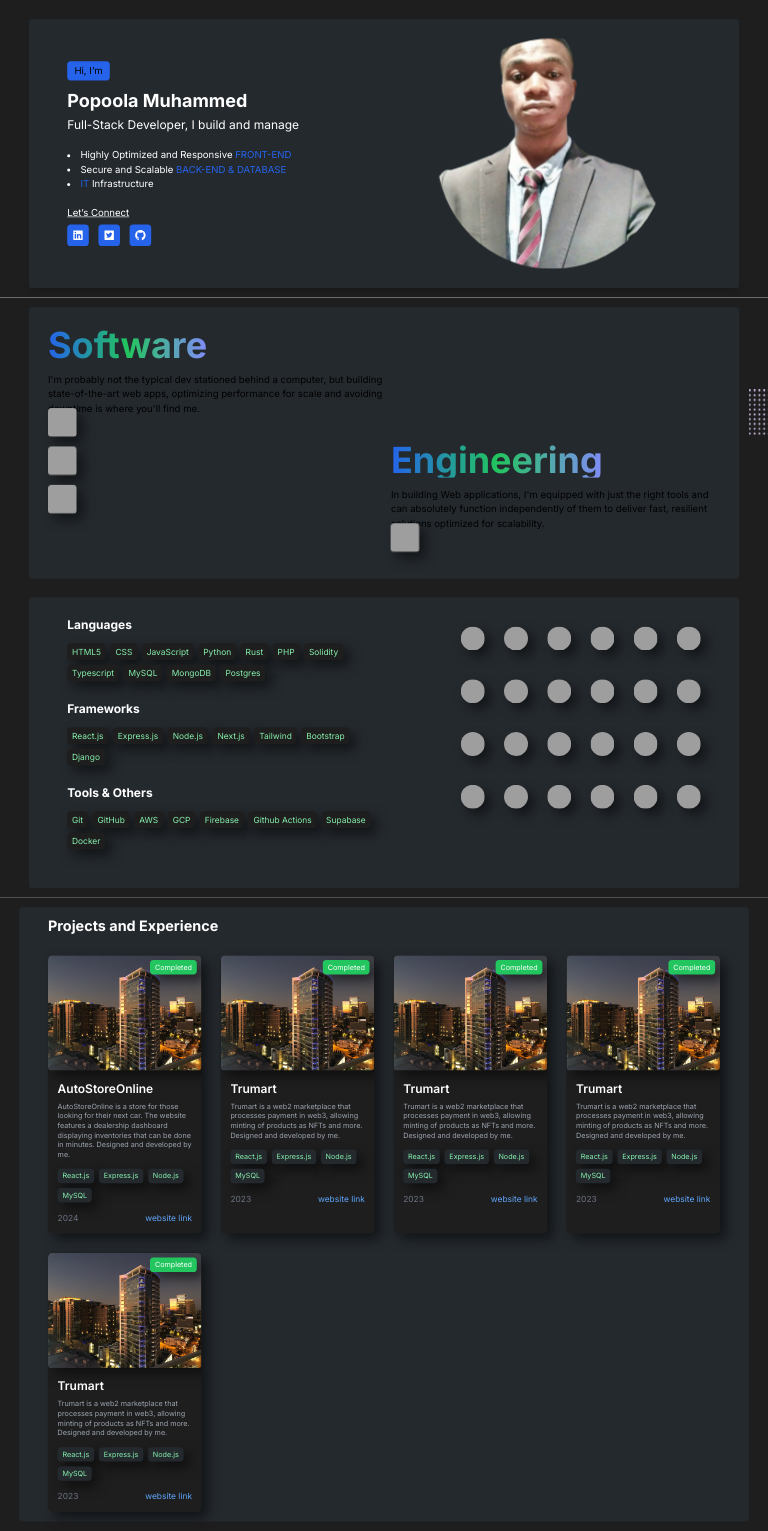
Repository: muhammedctgr/hammedctgr
Page: /
An editor plug-in stored every save of this project. The page is shown before and after a run of saves, followed by the edit.
The browser window is 1280 px wide. The pictures show the whole page, at 60% of full size.
Pictures or frames that could not be fetched are drawn as grey boxes. The project was rebuilt for these pictures with package versions that can differ from the ones it lists, and the page was loaded fresh each time. The framework's server and built-in components were replaced by stand-ins that run in the browser. Also part of the build but not shown: next.config.mjs.

Above is the page before, as saved 2024-08-08 21:48:28.

### app/layout.tsx
import type { Metadata } from "next";
import { Inter } from "next/font/google";
import "./globals.css";

const inter = Inter({ subsets: ["latin"] });

export const metadata: Metadata = {
  title: "Popoola Muhammed",
  description: "Generated by create next app",
};

export default function RootLayout({
  children,
}: Readonly<{
  children: React.ReactNode;
}>) {
  return (
    <html lang="en">
      <body className={inter.className}>{children}</body>
    </html>
  );
}

### app/page.tsx
import Head from 'next/head';
import Hero from '../components/Hero';
import SkillsSection from '@/components/SkillsSection';
import SummarySection from '@/components/SummarySection';
import ProjectsSection from '@/components/ProjectsSection';


const Home = () => (
  <div>
    <Head>
      <title>Popoola Muhammed</title>
      <meta name="description" content="Welcome to my developer portfolio" />
    </Head>

    <Hero />
    <SummarySection />
    <SkillsSection />
    <ProjectsSection />
  </div>
);

export default Home;

### app/globals.css
@tailwind base;
@tailwind components;
@tailwind utilities;

:root {
  --foreground-rgb: 0, 0, 0;
  --background-start-rgb: 214, 219, 220;
  --background-end-rgb: 255, 255, 255;
}

@media (prefers-color-scheme: dark) {
  :root {
    --foreground-rgb: 255, 255, 255;
    --background-start-rgb: 0, 0, 0;
    --background-end-rgb: 0, 0, 0;
  }
}

body {
  color: rgb(var(--foreground-rgb));
  background: linear-gradient(
      to bottom,
      transparent,
      rgb(var(--background-end-rgb))
    )
    rgb(var(--background-start-rgb));
}

@layer utilities {
  .text-balance {
    text-wrap: balance;
  }
}


@keyframes upDown {
  0%, 100% {
    transform: translateY(0);
  }
  50% {
    transform: translateY(-10px); /* Adjust the value as needed */
  }
}

.animate-upDown {
  animation: upDown 2s infinite ease-in-out; /* Adjust duration as needed */
}

@keyframes scroll {
  0% {
    transform: translateY(-100%);
  }
  100% {
    transform: translateY(100%);
  }
}

.animate-scroll {
  animation: scroll 10s linear infinite;
}

.neumorph {
  border-radius: 5px;
  background: linear-gradient(145deg, #161414, #1a1818);
  box-shadow:  5px 5px 10px #111010,
               -5px -5px 10px #1f1c1c;
}

### components/Hero.tsx
import Image from 'next/image';
import profilePic from '../public/profile.png';
import { AiFillLinkedin, AiFillGithub, AiFillTwitterSquare, AiFillX } from 'react-icons/ai';

const Hero = () => {
  return (
    <section className="bg-gptGray px-4 py-4 md:pt-8 md:px-8 lg:px-12 text-white flex items-center">
  <div className="container bg-githubGray shadow-lg rounded-md mx-auto flex flex-col md:flex-row items-center md:px-8">
    <div className="flex-1 text-left p-4 md:p-8">
      <div className="inline-block bg-blue-600 text-black py-1 px-3 mb-4 rounded-md">
        Hi, I’m
      </div>
      <div className="mb-6">
        <h1 className="text-xl md:text-3xl font-bold">Popoola Muhammed</h1>
        <p className="mt-2 text-lg md:text-xl">Full-Stack Developer, I build and manage</p>
      </div>
      <ul className="mt-4 list-disc list-inside text-sm md:text-base">
        <li>Highly Optimized and Responsive <span className="text-blue-600">FRONT-END</span></li>
        <li>Secure and Scalable <span className="text-blue-600">BACK-END & DATABASE</span></li>
        <li><span className="text-blue-600">IT</span> Infrastructure</li>
      </ul>
      <div className="mt-6">
        <a href="#contact" className="underline">Let’s Connect</a>
        <div className="mt-2 flex justify-start space-x-4">
          <a href="#" className="bg-blue-600 p-2 rounded-md">
            <AiFillLinkedin size={20} />
          </a>
          <a href="#" className="bg-blue-600 p-2 rounded-md">
            <AiFillTwitterSquare size={20} />
          </a>
          <a href="#" className="bg-blue-600 p-2 rounded-md">
            <AiFillGithub size={20} />
          </a>
        </div>
      </div>
    </div>
    <div className="flex-1 p-4 md:p-8">
      <div className="relative w-40 h-40 md:w-72 md:h-72 lg:w-96 lg:h-96 mx-auto">
        <Image src={profilePic} alt="Popoola Muhammed" layout="fill" className="rounded-full object-cover animate-upDown" />
      </div>
    </div>
  </div>
</section>
  );
};

export default Hero;

### components/SkillsSection.tsx
import Image from 'next/image';
import { FC } from 'react';

interface SkillCategory {
  title: string;
  skills: { name: string; }[];
}

const skills: SkillCategory[] = [
  {
    title: "Languages",
    skills: [
      { name: "HTML5",  },
      { name: "CSS", },
      { name: "JavaScript",  },
      { name: "Python", },
      { name: "Rust",  },
      { name: "PHP", },
      { name: "Solidity",  },
      { name: "Typescript",  },
      { name: "MySQL",  },
      { name: "MongoDB", },
      { name: "Postgres", },
    ],
  },
  {
    title: "Frameworks",
    skills: [
      { name: "React.js", },
      { name: "Express.js",  },
      { name: "Node.js", },
      { name: "Next.js", },
      { name: "Tailwind", },
      { name: "Bootstrap", },
      { name: "Django", }
    ],
  },
  {
    title: "Tools & Others",
    skills: [
      { name: "Git",  },
      { name: "GitHub",  },
      { name: "AWS", },
      { name: "GCP", },
      { name: "Firebase", },
      { name: "Github Actions", },
      { name: "Supabase",  },
      { name: "Docker",  },
    ],
  },
];

const icons = [
  "/icons/html5.svg", // Replace with your icon paths
  "/icons/css3.svg",
  "/icons/javascript.svg",
  "/icons/python.svg",
  // Add the rest of the icons as needed
];

const SkillsSection: FC = () => {
  return (
  <section className="px-4 py-4 md:px-8 lg:px-12 bg-gptGray text-white">
  <div className="container bg-githubGray rounded-md mx-auto flex flex-col md:flex-row items-start md:px-8">
    <div className="flex-1 p-4 md:p-8">
      {skills.map((category) => (
        <div key={category.title} className="mb-8">
          <h2 className="text-lg md:text-xl font-bold mb-4">{category.title}</h2>
          <div className="flex flex-wrap gap-2">
            {category.skills.map((skill) => (
              <span
                key={skill.name}
                className={`px-2 py-1 rounded-md text-sm shadow-deep-all bg-gptGray text-green-300`}
              >
                {skill.name}
              </span>
            ))}
          </div>
        </div>
      ))}
    </div>
    <div className="flex-1 flex flex-col items-center md:items-end">
      <div className="grid grid-cols-3 md:grid-cols-6 gap-8 p-4 md:p-8">
      <img src="https://cdn.jsdelivr.net/gh/devicons/devicon@latest/icons/html5/html5-original.svg" className="w-8 h-8 md:w-10 md:h-10 lg:w-10 lg:h-10 bg-gptGray rounded-3xl shadow-deep-all mt-4" />
      <img src="https://cdn.jsdelivr.net/gh/devicons/devicon@latest/icons/css3/css3-original.svg" className="w-8 h-8 md:w-10 md:h-10 lg:w-10 lg:h-10 bg-gptGray rounded-3xl shadow-deep-all mt-4" />
      <img src="https://cdn.jsdelivr.net/gh/devicons/devicon@latest/icons/javascript/javascript-original.svg" className="w-8 h-8 md:w-10 md:h-10 lg:w-10 lg:h-10 bg-gptGray rounded-3xl shadow-deep-all mt-4" />
      <img src="https://cdn.jsdelivr.net/gh/devicons/devicon@latest/icons/python/python-original.svg" className="w-8 h-8 md:w-10 md:h-10 lg:w-10 lg:h-10 bg-gptGray rounded-3xl shadow-deep-all mt-4" />
      <img src="https://cdn.jsdelivr.net/gh/devicons/devicon@latest/icons/rust/rust-original.svg"  className="w-8 h-8 md:w-10 md:h-10 lg:w-10 lg:h-10 bg-gptGray rounded-3xl shadow-deep-all mt-4" />
      <img src="https://cdn.jsdelivr.net/gh/devicons/devicon@latest/icons/php/php-original.svg" className="w-8 h-8 md:w-10 md:h-10 lg:w-10 lg:h-10 bg-gptGray rounded-3xl shadow-deep-all mt-4" />
      <img src="https://cdn.jsdelivr.net/gh/devicons/devicon@latest/icons/solidity/solidity-original.svg" className="w-8 h-8 md:w-10 md:h-10 lg:w-10 lg:h-10 bg-gptGray rounded-3xl shadow-deep-all mt-4" />
      <img src="https://cdn.jsdelivr.net/gh/devicons/devicon@latest/icons/typescript/typescript-original.svg" className="w-8 h-8 md:w-10 md:h-10 lg:w-10 lg:h-10 bg-gptGray rounded-3xl shadow-deep-all mt-4" />
      <img src="https://cdn.jsdelivr.net/gh/devicons/devicon@latest/icons/mysql/mysql-original.svg" className="w-8 h-8 md:w-10 md:h-10 lg:w-10 lg:h-10 bg-gptGray rounded-3xl shadow-deep-all mt-4" />
      <img src="https://cdn.jsdelivr.net/gh/devicons/devicon@latest/icons/mongodb/mongodb-original.svg" className="w-8 h-8 md:w-10 md:h-10 lg:w-10 lg:h-10 bg-gptGray rounded-3xl shadow-deep-all mt-4" />
      <img src="https://cdn.jsdelivr.net/gh/devicons/devicon@latest/icons/react/react-original.svg" className="w-8 h-8 md:w-10 md:h-10 lg:w-10 lg:h-10 bg-gptGray rounded-3xl shadow-deep-all mt-4" />
      <img src="https://cdn.jsdelivr.net/gh/devicons/devicon@latest/icons/nextjs/nextjs-original.svg" className="w-8 h-8 md:w-10 md:h-10 lg:w-10 lg:h-10 bg-gptGray rounded-3xl shadow-deep-all mt-4" />
      <img src="https://cdn.jsdelivr.net/gh/devicons/devicon@latest/icons/tailwindcss/tailwindcss-original.svg" className="w-8 h-8 md:w-10 md:h-10 lg:w-10 lg:h-10 bg-gptGray rounded-3xl shadow-deep-all mt-4" />
      <img src="https://cdn.jsdelivr.net/gh/devicons/devicon@latest/icons/git/git-original.svg" className="w-8 h-8 md:w-10 md:h-10 lg:w-10 lg:h-10 bg-gptGray rounded-3xl shadow-deep-all mt-4" />
      <img src="https://cdn.jsdelivr.net/gh/devicons/devicon@latest/icons/github/github-original.svg" className="w-8 h-8 md:w-10 md:h-10 lg:w-10 lg:h-10 bg-gptGray rounded-3xl shadow-deep-all mt-4" />
      <img src="https://cdn.jsdelivr.net/gh/devicons/devicon@latest/icons/amazonwebservices/amazonwebservices-original-wordmark.svg" className="w-8 h-8 md:w-10 md:h-10 lg:w-10 lg:h-10 bg-gptGray rounded-3xl shadow-deep-all mt-4" />
      <img src="https://cdn.jsdelivr.net/gh/devicons/devicon@latest/icons/googlecloud/googlecloud-original.svg" className="w-8 h-8 md:w-10 md:h-10 lg:w-10 lg:h-10 bg-gptGray rounded-3xl shadow-deep-all mt-4" />
      <img src="https://cdn.jsdelivr.net/gh/devicons/devicon@latest/icons/postgresql/postgresql-original.svg" className="w-8 h-8 md:w-10 md:h-10 lg:w-10 lg:h-10 bg-gptGray rounded-3xl shadow-deep-all mt-4" />
      <img src="https://cdn.jsdelivr.net/gh/devicons/devicon@latest/icons/supabase/supabase-original.svg" className="w-8 h-8 md:w-10 md:h-10 lg:w-10 lg:h-10 bg-gptGray rounded-3xl shadow-deep-all mt-4" />
      <img src="https://cdn.jsdelivr.net/gh/devicons/devicon@latest/icons/docker/docker-original.svg" className="w-8 h-8 md:w-10 md:h-10 lg:w-10 lg:h-10 bg-gptGray rounded-3xl shadow-deep-all mt-4" />
      <img src="https://cdn.jsdelivr.net/gh/devicons/devicon@latest/icons/django/django-plain.svg" className="w-8 h-8 md:w-10 md:h-10 lg:w-10 lg:h-10 bg-gptGray rounded-3xl shadow-deep-all mt-4" />
      <img src="https://cdn.jsdelivr.net/gh/devicons/devicon@latest/icons/bootstrap/bootstrap-original.svg" className="w-8 h-8 md:w-10 md:h-10 lg:w-10 lg:h-10 bg-gptGray rounded-3xl shadow-deep-all mt-4" />
      <img src="https://cdn.jsdelivr.net/gh/devicons/devicon@latest/icons/nodejs/nodejs-original.svg" className="w-8 h-8 md:w-10 md:h-10 lg:w-10 lg:h-10 bg-gptGray rounded-3xl shadow-deep-all mt-4" />
      <img src="https://cdn.jsdelivr.net/gh/devicons/devicon@latest/icons/githubactions/githubactions-original.svg" className="w-8 h-8 md:w-10 md:h-10 lg:w-10 lg:h-10 bg-gptGray rounded-3xl shadow-deep-all mt-4" />
      </div>
    </div>
  </div>
</section>
  );
};

export default SkillsSection;

### components/SummarySection.tsx
import { FC } from 'react';

const SummarySection: FC = () => {
  return (
<section className="px-4 py-4 md:px-8 lg:px-12 bg-gptGray relative overflow-hidden">
  <div className="container bg-githubGray mx-auto flex rounded-md flex-col md:flex-row justify-between items-start md:px-8 p-4 md:p-8">
    <div className=" mb-8 md:mb-8">
      <div className="mb-4">
        <span className="text-4xl md:text-6xl font-bold bg-gradient-to-r from-blue-600 via-green-500 to-indigo-400 inline-block text-transparent bg-clip-text">Software</span>
      </div>
      <p className="text-sm md:text-base">
        I'm probably not the typical dev stationed behind a computer, but building state-of-the-art web apps, optimizing performance for scale and avoiding downtime is where you'll find me.
      </p>
      <img src="https://cdn.jsdelivr.net/gh/devicons/devicon@latest/icons/mongodb/mongodb-original.svg" className="w-8 h-8 md:w-12 md:h-12 lg:w-12 lg:h-12 bg-gptGray rounded-md animate-bounce shadow-deep-all" />
      <img src="https://cdn.jsdelivr.net/gh/devicons/devicon@latest/icons/nextjs/nextjs-original.svg" className="w-8 h-8 md:w-12 md:h-12 lg:w-12 lg:h-12 bg-gptGray rounded-md animate-bounce shadow-deep-all mt-4" />
      <img src="https://cdn.jsdelivr.net/gh/devicons/devicon@latest/icons/javascript/javascript-original.svg" className="w-8 h-8 md:w-12 md:h-12 lg:w-12 lg:h-12 bg-gptGray rounded-md animate-bounce shadow-deep-all mt-4" />
    </div>
    <div className=" md:mt-48">
      <div className="mb-4">
        <span className="text-4xl md:text-6xl font-bold bg-gradient-to-r from-blue-600 via-green-500 to-indigo-400 inline-block text-transparent bg-clip-text">Engineering</span>
      </div>
      <p className="text-sm md:text-base">
        In building Web applications, I'm equipped with just the right tools and can absolutely function independently of them to deliver fast, resilient solutions optimized for scalability.
      </p>

      <img src="https://cdn.jsdelivr.net/gh/devicons/devicon@latest/icons/python/python-original.svg" className="right-4 w-8 h-8 md:w-12 md:h-12 lg:w-12 lg:h-12 bg-gptGray rounded-md animate-bounce shadow-deep-all" />

    </div>
  </div>

  {/* Decorative Elements */}
  <div className="absolute top-1/4 right-0 transform translate-x-4 translate-y-4 md:translate-x-12 md:translate-y-8">
    <svg className="fill-current text-purple-200" width="80" height="80" viewBox="0 0 100 100">
      {/* SVG circles */}
      {[...Array(10)].map((_, row) => (
        <g key={row} transform={`translate(0, ${row * 10})`}>
          {[...Array(10)].map((_, col) => (
            <circle key={col} cx={col * 10 + 2} cy="2" r="2" />
          ))}
        </g>
      ))}
    </svg>
  </div>
</section>
  );
};

export default SummarySection;

### components/ProjectsSection.tsx
import { FC } from 'react';

interface Project {
  title: string;
  description: string;
  technologies: string[];
  date: string;
  status: string;
  image: string;
  link: string;
}

const projects: Project[] = [
  {
    title: "AutoStoreOnline",
    description: "AutoStoreOnline is a store for those looking for their next car. The website features a dealership dashboard displaying inventories that can be done in minutes. Designed and developed by me.",
    technologies: ["React.js", "Express.js", "Node.js", "MySQL"],
    date: "2024",
    status: "Completed",
    image: "pic1.jpg",
    link: "https://example.com",
  },
  {
    title: "Trumart",
    description: "Trumart is a web2 marketplace that processes payment in web3, allowing minting of products as NFTs and more. Designed and developed by me.",
    technologies: ["React.js", "Express.js", "Node.js", "MySQL"],
    date: "2023",
    status: "Completed",
    image: "pic1.jpg",
    link: "https://example.com",
  },
  {
    title: "Trumart",
    description: "Trumart is a web2 marketplace that processes payment in web3, allowing minting of products as NFTs and more. Designed and developed by me.",
    technologies: ["React.js", "Express.js", "Node.js", "MySQL"],
    date: "2023",
    status: "Completed",
    image: "pic1.jpg",
    link: "https://example.com",
  },
  {
    title: "Trumart",
    description: "Trumart is a web2 marketplace that processes payment in web3, allowing minting of products as NFTs and more. Designed and developed by me.",
    technologies: ["React.js", "Express.js", "Node.js", "MySQL"],
    date: "2023",
    status: "Completed",
    image: "pic1.jpg",
    link: "https://example.com",
  },
  {
    title: "Trumart",
    description: "Trumart is a web2 marketplace that processes payment in web3, allowing minting of products as NFTs and more. Designed and developed by me.",
    technologies: ["React.js", "Express.js", "Node.js", "MySQL"],
    date: "2023",
    status: "Completed",
    image: "pic1.jpg",
    link: "https://example.com",
  },
  // Add more projects as needed...
];

const ProjectsSection: FC = () => {
  return (
    <section className="bg-gptGray md:px-8 px-4 py-4">
      <div className="container bg-githubGray rounded-md mx-auto md:px-8 ">
        <h2 className="text-2xl font-bold text-white p-4">Projects and Experience</h2>
        <div className="grid grid-cols-1 sm:grid-cols-3 lg:grid-cols-4 gap-8 p-4">
          {projects.map((project, index) => (
            <div key={index} className="bg-gptGray rounded-lg overflow-hidden shadow-deep-all">
              <div className="relative w-full h-48">
                <img src={project.image} alt={project.title} className="w-full h-full object-cover shadow-deep-all rounded-md" />
                <span className="shadow-deep-all absolute top-2 right-2 bg-green-500 text-xs text-white px-2 py-1 rounded-md">{project.status}</span>
              </div>
              <div className="p-4">
                <h3 className="text-xl font-semibold text-white mb-2">{project.title}</h3>
                <p className="text-gray-400 text-xs mb-4">{project.description}</p>
                <div className="flex flex-wrap gap-2 mb-4">
                  {project.technologies.map((tech, i) => (
                    <span key={i} className="bg-githubGray shadow-deep-all text-green-300 text-xs px-2 py-1 rounded-md">{tech}</span>
                  ))}
                </div>
                <div className="flex justify-between items-center">
                  <span className="text-gray-500 text-sm">{project.date}</span>
                  <a href={project.link} target="_blank" rel="noopener noreferrer" className="text-blue-400 hover:underline text-sm">website link</a>
                </div>
              </div>
            </div>
          ))}
        </div>
      </div>
    </section>
  );
};

export default ProjectsSection;

### tailwind.config.ts
import type { Config } from "tailwindcss";

const config: Config = {
  content: [
    "./pages/**/*.{js,ts,jsx,tsx,mdx}",
    "./components/**/*.{js,ts,jsx,tsx,mdx}",
    "./app/**/*.{js,ts,jsx,tsx,mdx}",
  ],
  theme: {
    extend: {
      backgroundImage: {
        "gradient-radial": "radial-gradient(var(--tw-gradient-stops))",
        "gradient-conic":
          "conic-gradient(from 180deg at 50% 50%, var(--tw-gradient-stops))",
      },
      colors: {
        githubGray: '#24292e',
        gptGray: '#1e1e1e', // Define the exact color
        gradient: 'bg-gradient-to-r from-blue-600 via-green-500 to-indigo-400 inline-block text-transparent bg-clip-text'
      },
      boxShadow: {
        'deep-right': '10px 10px 20px rgba(0, 0, 0, 0.25)',  // Right side shadow
        'deep-left': '-10px 10px 20px rgba(0, 0, 0, 0.25)',  // Left side shadow
        'deep-top': '10px -10px 20px rgba(0, 0, 0, 0.25)',   // Top side shadow
        'deep-bottom': '10px 10px 20px rgba(0, 0, 0, 0.25)', // Bottom side shadow
        'deep-all': '10px 10px 20px rgba(0, 0, 0, 0.5)',     // All sides shadow
      }
    },
  },
  plugins: [],
};
export default config;

After the next 2 saves:
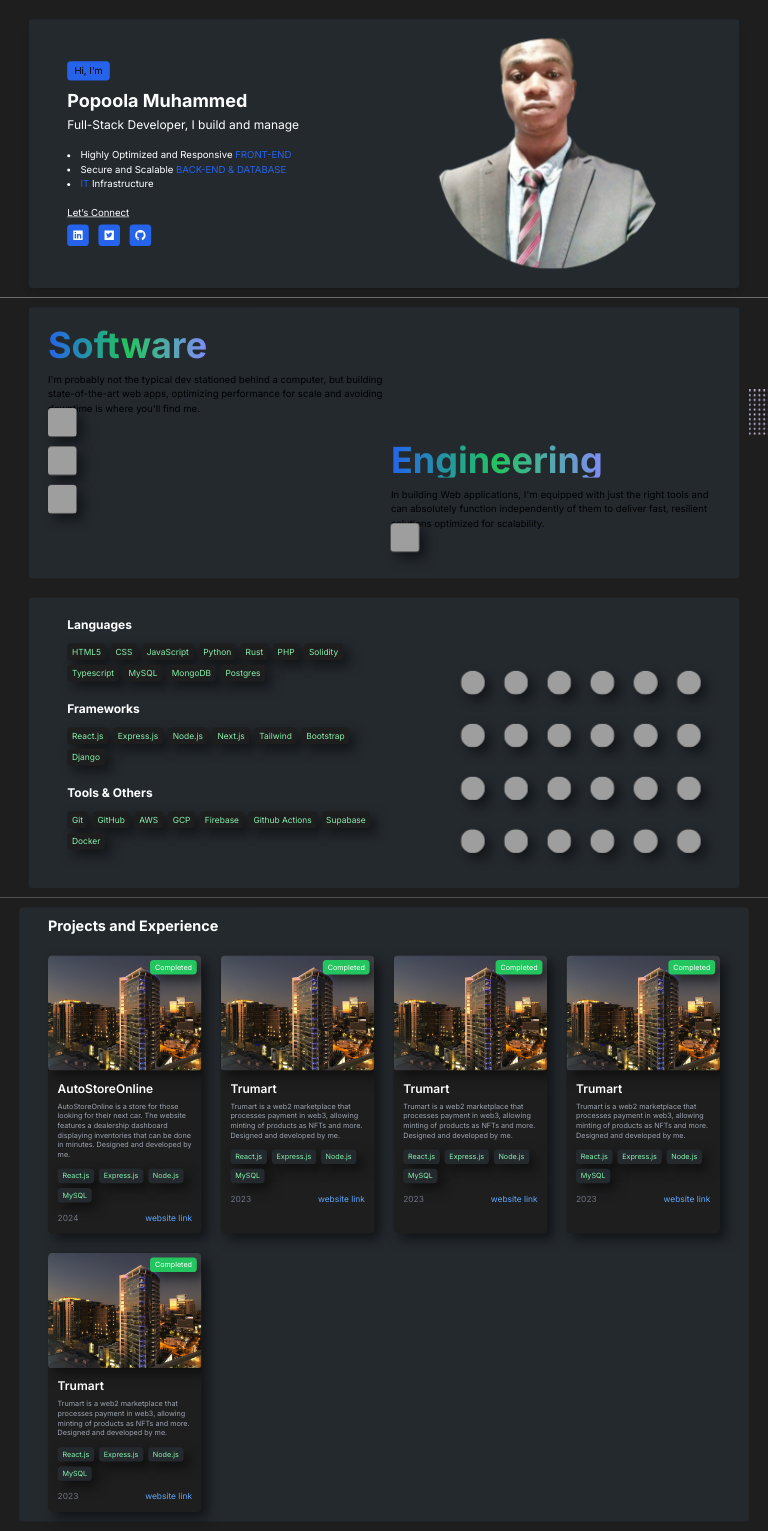
The 2 saves are shown as one change because they came seconds apart.
The last was saved 18 s later.
--- a/components/SkillsSection.tsx
+++ b/components/SkillsSection.tsx
@@ -80,7 +80,7 @@ const SkillsSection: FC = () => {
       ))}
     </div>
     <div className="flex-1 flex flex-col items-center md:items-end">
-      <div className="grid grid-cols-3 md:grid-cols-6 gap-8 p-4 md:p-8">
+      <div className="grid grid-cols-3 md:grid-cols-6 gap-8 p-4 md:p-8 animate-scroll">
       <img src="https://cdn.jsdelivr.net/gh/devicons/devicon@latest/icons/html5/html5-original.svg" className="w-8 h-8 md:w-10 md:h-10 lg:w-10 lg:h-10 bg-gptGray rounded-3xl shadow-deep-all mt-4" />
       <img src="https://cdn.jsdelivr.net/gh/devicons/devicon@latest/icons/css3/css3-original.svg" className="w-8 h-8 md:w-10 md:h-10 lg:w-10 lg:h-10 bg-gptGray rounded-3xl shadow-deep-all mt-4" />
       <img src="https://cdn.jsdelivr.net/gh/devicons/devicon@latest/icons/javascript/javascript-original.svg" className="w-8 h-8 md:w-10 md:h-10 lg:w-10 lg:h-10 bg-gptGray rounded-3xl shadow-deep-all mt-4" />
